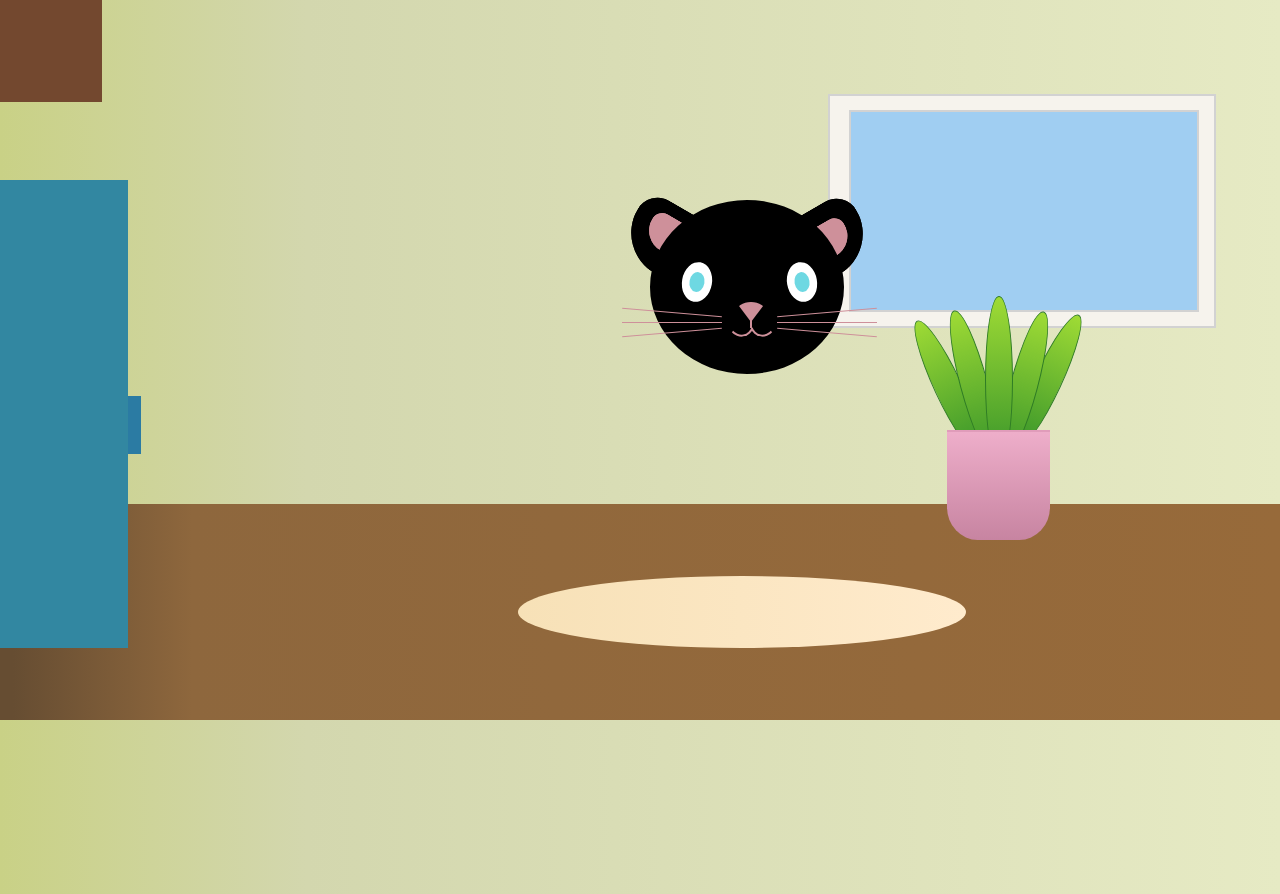
Repository: SandyLy453/COMP-2170-team-project
Page: index.html
These files come from the project's save history. The page is drawn as it stood at one moment and after a run of saves; the edit follows.
The browser window is 1280 px wide. The pictures show the whole page.

Above is the page before, as saved 2024-05-03 13:42:32.

### index.html
<!DOCTYPE html>
<html lang="en">
<head>
    <meta charset="UTF-8">
    <meta name="viewport" content="width=device-width, initial-scale=1.0">
    <title>Team Project: Doll Dress-Up Game</title>
    <link rel="stylesheet" href="styles.css" />
</head>
<body>
    <main class="main-area">
        <div class="background">
            <div class="floor"></div>
            <div class="closet">
                <div class="openner"></div>
            </div>
            <div class="carpet"></div>
            <div class="window">
                <div class="outside"></div>
            </div>
            <div class="plantPot">
                <div class="leaves">
                    <div class="plant"></div>
                    <div class="plant-left-one"></div>
                    <div class="plant-right-one"></div>
                    <div class="plant-left-two"></div>
                    <div class="plant-right-two"></div>
                </div>
                <div class="pot"></div>
            </div>
            <div class="picturesCombo">
                <div class="pictures-one">
                    <div class="pic-one"></div>
                </div>
                <div class="pictures-two">
                    <div class="pic-two"></div>
                </div>
                <div class="pictures-three">
                    <div class="pic-three"></div>
                </div>
                <div class="pictures-four">
                    <div class="pic-four"></div>
                </div>
                <div class="pictures-five">
                    <div class="pic-five"></div>
                </div>
                <div class="pictures-six">
                    <div class="pic-six"></div>
                </div>
            </div>
        </div>

        <div class="character">
            <div class="cat">
                <div class="cat-head">
                    <div class="ears">

                        <div class="left-ear">
                            <div class="left-inner-ear">
                            </div>
                        </div>

                        <div class="right-ear">
                            <div class="right-inner-ear">
                            </div>
                        </div>
                    </div>

                    <div class="cat-eyes">
                        <div class="left-eye">
                            <div class="left-inner-eye">
                            </div>
                        </div>
                        <div class="right-eye">
                            <div class="right-inner-eye">
                            </div>
                        </div>
                    </div>

                    <div class="cat-nose"></div>

                    <div class="cat-mouth">
                        <div class="middle-line"></div>
                        <div class="left-line"></div>
                        <div class="right-line"></div>
                    </div>

                    <div class="cat-whiskers-left">
                        <div class="whisker-left-top"></div>
                        <div class="whisker-left-middle"></div>
                        <div class="whisker-left-bottom"></div>
                    </div>
                    <div class="cat-whiskers-right">
                        <div class="whisker-right-top"></div>
                        <div class="whisker-right-middle"></div>
                        <div class="whisker-right-bottom"></div>
                    </div>
                </div>

                <div class="cat-body">
                    <div class="arm left-arm"></div>
                    <div class="arm right-arm"></div>
                    <div class="foot left-foot"></div>
                    <div class="foot right-arm"></div>
                </div>
            </div>
        </div>
    </main>
    <script src="script.js"></script>
</body>
</html>

### styles.css
body {
    margin: 0;
    width: 100vw;
    min-height: 100vh;
    background: linear-gradient(90deg, rgba(201,209,134,1) 0%, rgba(211,215,174,1) 24%, rgba(230,234,196,1) 100%);
}

/* Background styling */

.background {
    z-index: -10;
}

.floor {
    position: absolute;
    bottom: 0;
    width: 100vw;
    height: 30vh;
    background: linear-gradient(90deg, rgba(102,77,50,1) 1%, rgb(142, 103, 61) 15%, rgba(151,106,58,1) 100%);
    z-index: -2;
}

.closet {
    position: absolute;
    bottom: 10vh;
    left: 0;
    width: 10vw;
    height: 65vh;
    background-color: rgb(50, 135, 161);
}

.openner {
    position: relative;
    width: 1vw;
    height: 8vh;
    left: 10vw;
    bottom: -30vh;
    background-color: rgb(43, 123, 163);
}

.carpet {
    width: 35vw;
    height: 10vh;
    border-radius: 50%;
    background: linear-gradient(90deg, rgba(247,225,183,1) 0%, rgba(255,235,205,1) 100%);
    position: absolute;
    bottom: 10vh;
    right: 24.5vw;
}

.window {
    width: 30vw;
    height: 32vh;
    background-color: rgb(246, 243, 237);
    position: absolute;
    right: 5vw;
    top: 13vh;
    border: 2px solid rgb(210, 210, 210);
    z-index: -10;
}

.outside {
    width: 27vw;
    height: 27.5vh;
    background-color: rgb(160, 206, 242);
    position: relative;
    left: 1.5vw;
    top: 2vh;
    border: 2px solid rgb(210, 210, 210)
}

.plantPot {
    position: absolute;
    right: 18vw;
    bottom: 25vh;
}

.pot {
    width: 8vw;
    height: 15vh;
    background: linear-gradient(180deg, rgba(238,174,202,1) 0%, rgba(199,132,161,1) 100%);
    border-bottom-left-radius: 30%;
    border-bottom-right-radius: 30%;
    border-top: 2px solid rgb(224, 156, 186);
    z-index: 2;
}

.leaves {
    position: relative;
    top: 29rem;
    left: 0.45rem;
}

.plant {
    height: 23vh;
    width: 2vw;
    background: linear-gradient(0deg, rgba(55,148,42,1) 0%, rgba(159,219,53,1) 100%);
    z-index: -1;
    position: relative;
    top: 10.5rem;
    left: 30%;
    border-radius: 100%;
    border: 1px solid rgb(47, 124, 37);
}

.plant-left-one {
    height: 21vh;
    width: 2vw;
    background: linear-gradient(0deg, rgba(55,148,42,1) 0%, rgba(159,219,53,1) 100%);
    z-index: -2;
    position: relative;
    top: 0.75rem;
    left: 0.35rem;
    border-radius: 100%;
    border: 1px solid rgb(47, 124, 37);
    transform: rotate(-15deg);
}

.plant-right-one {
    height: 21vh;
    width: 2vw;
    background: linear-gradient(0deg, rgba(55,148,42,1) 0%, rgba(159,219,53,1) 100%);
    z-index: -3;
    position: relative;
    top: -8.75rem;
    left: 3.5rem;
    border-radius: 100%;
    border: 1px solid rgb(47, 124, 37);
    transform: rotate(15deg);
}

.plant-left-two {
    height: 20vh;
    width: 2vw;
    background: linear-gradient(0deg, rgba(55,148,42,1) 0%, rgba(159,219,53,1) 100%);
    z-index: -4;
    position: relative;
    top: -18rem;
    left: -1.25rem;
    border-radius: 100%;
    border: 1px solid rgb(47, 124, 37);
    transform: rotate(-25deg);
}

.plant-right-two {
    height: 20vh;
    width: 2vw;
    background: linear-gradient(0deg, rgba(55,148,42,1) 0%, rgba(159,219,53,1) 100%);
    z-index: -5;
    position: relative;
    top: -27.5rem;
    left: 5rem;
    border-radius: 100%;
    border: 1px solid rgb(47, 124, 37);
    transform: rotate(25deg);
}

.picturesCombo {
    position: absolute;
}

.pictures-one {
    position: relative;
    width: 8vw;
    height: 8vw;
    background-color: rgb(115, 72, 47);
}

.pictures-two {
    position: relative;
}

.pictures-three {
    position: relative;
}

.pictures-four {
    position: relative;
}

.pictures-five {
    position: relative;
}

.pictures-six {
    position: relative;
}



/* Cat styling */

.cat-head {
    position: absolute;
    right: 0;
    left: 650px;
    top: 200px;
    bottom: 0;
    background-color: black;
    width: 190px;
    height: 170px;
    border: 2px solid black;
    border-radius: 50%;
}

.left-ear {
    position: absolute;
    z-index: -1;
    top: 0;
    left: -25px;
    border-top-left-radius: 80px;
    border-top-right-radius: 40px;
    transform: rotate(-60deg);
    border-left: 35px solid black;
    border-right: 35px solid black;
    border-bottom: 70px solid black;
}

.right-ear {
    position: absolute;
    z-index: -1;
    top: 1px;
    left: 145px;
    border-top-left-radius: 40px;
    border-top-right-radius: 80px;
    transform: rotate(60deg);
    border-left: 35px solid black;
    border-right: 35px solid black;
    border-bottom: 70px solid black;
}

.left-inner-ear {
    position: absolute;
    top: 0;
    left: -30px;
    transform: scale(0.5);
    border-top-left-radius: 80px;
    border-top-right-radius: 40px;
    border-bottom-right-radius: 40%;
    border-bottom-left-radius: 40%;
    border-left: 35px solid rgb(206, 144, 154);
    border-right: 35px solid rgb(206, 144, 154);
    border-bottom: 70px solid rgb(206, 144, 154);
}

.right-inner-ear {
    position: absolute;
    top: 0px;
    left: -35px;
    transform: scale(0.5);
    border-top-left-radius: 40px;
    border-top-right-radius: 80px;
    border-bottom-right-radius: 40%;
    border-bottom-left-radius: 40%;
    border-left: 35px solid rgb(206, 144, 154);
    border-right: 35px solid rgb(206, 144, 154);
    border-bottom: 70px solid rgb(206, 144, 154);
}

.left-eye {
    position: absolute;
    top: 60px;
    left: 30px;
    border-radius: 60%;
    transform: rotate(10deg);
    width: 30px;
    height: 40px;
    background-color: white;
}

.right-eye {
    position: absolute;
    top: 60px;
    left: 135px;
    border-radius: 60%;
    transform: rotate(-10deg);
    width: 30px;
    height: 40px;
    background-color: white;
}

.left-inner-eye {
    position: absolute;
    top: 0px;
    left: 0px;
    border-radius: 60%;
    transform: scale(0.5);
    width: 30px;
    height: 40px;
    background-color: rgba(80, 208, 220, 0.831);
}

.right-inner-eye {
    position: absolute;
    top: 0px;
    left: 0px;
    border-radius: 60%;
    transform: scale(0.5);
    width: 30px;
    height: 40px;
    background-color: rgba(80, 208, 220, 0.831);
}

.cat-nose {
    position: absolute;
    top: 100px;
    left: 84px;
    border-top-left-radius: 50%;
    border-top-right-radius: 50%;
    border-bottom-right-radius: 50%;
    border-bottom-left-radius: 50%;
    transform: rotate(180deg);
    border-left: 15px solid transparent;
    border-right: 15px solid transparent;
    border-bottom: 20px solid rgb(206, 144, 154);
}

/* .cat-mouth div{
    position: absolute;
    top: 50px;
    width: 30px;
    height: 50px;
    border: 2px solid rgb(206, 144, 154);
    border-radius: 190%/190px;
    border-color: rgb(206, 144, 154) transparent transparent transparent;
} */

.left-line {
    position: absolute;
    top: 81px;
    left: 69.5px;
    width: 30px;
    height: 50px;
    border: 2px solid rgb(206, 144, 154);
    border-radius: 80%;
    transform: rotate(170deg);
    border-color: rgb(206, 144, 154) transparent transparent transparent;
}

.middle-line {
    position: absolute;
    top: 120px;
    left: 94px;
    width: 10px;
    height: 2px;
    background-color: rgb(206, 144, 154);
    transform: rotate(90deg);
}

.right-line {
    position: absolute;
    top: 81px;
    left: 95.5px;
    width: 30px;
    height: 50px;
    border: 2px solid rgb(206, 144, 154);
    border-radius: 80%;
    transform: rotate(190deg);
    border-color: rgb(206, 144, 154) transparent transparent transparent;
}

.whisker-left-top {
    position: absolute;
    top: 110px;
    left: -30px;
    transform: rotate(5deg);
    width: 100px;
    height: 1px;
    background-color: rgb(206, 144, 154);
}

.whisker-left-middle {
    position: absolute;
    top: 120px;
    left: -30px;
    transform: rotate(0deg);
    width: 100px;
    height: 1px;
    background-color: rgb(206, 144, 154);
}

.whisker-left-bottom {
    position: absolute;
    top: 130px;
    left: -30px;
    transform: rotate(-5deg);
    width: 100px;
    height: 1px;
    background-color: rgb(206, 144, 154);
}

.whisker-right-top {
    position: absolute;
    top: 110px;
    left: 125px;
    transform: rotate(-5deg);
    width: 100px;
    height: 1px;
    background-color: rgb(206, 144, 154);
}

.whisker-right-middle {
    position: absolute;
    top: 120px;
    left: 125px;
    transform: rotate(0deg);
    width: 100px;
    height: 1px;
    background-color: rgb(206, 144, 154);
}

.whisker-right-bottom {
    position: absolute;
    top: 130px;
    left: 125px;
    transform: rotate(5deg);
    width: 100px;
    height: 1px;
    background-color: rgb(206, 144, 154);
}

### script.js
const shirts = ["shirt1","shirt2","shirt3","shirt4", "shirt5"]

const bottoms = ["bottom1","bottom2","bottom3","bottom4", "bottom5"]

const accessories = ["acc1","acc2","acc3","acc4", "acc5"]

After the next 2 saves:
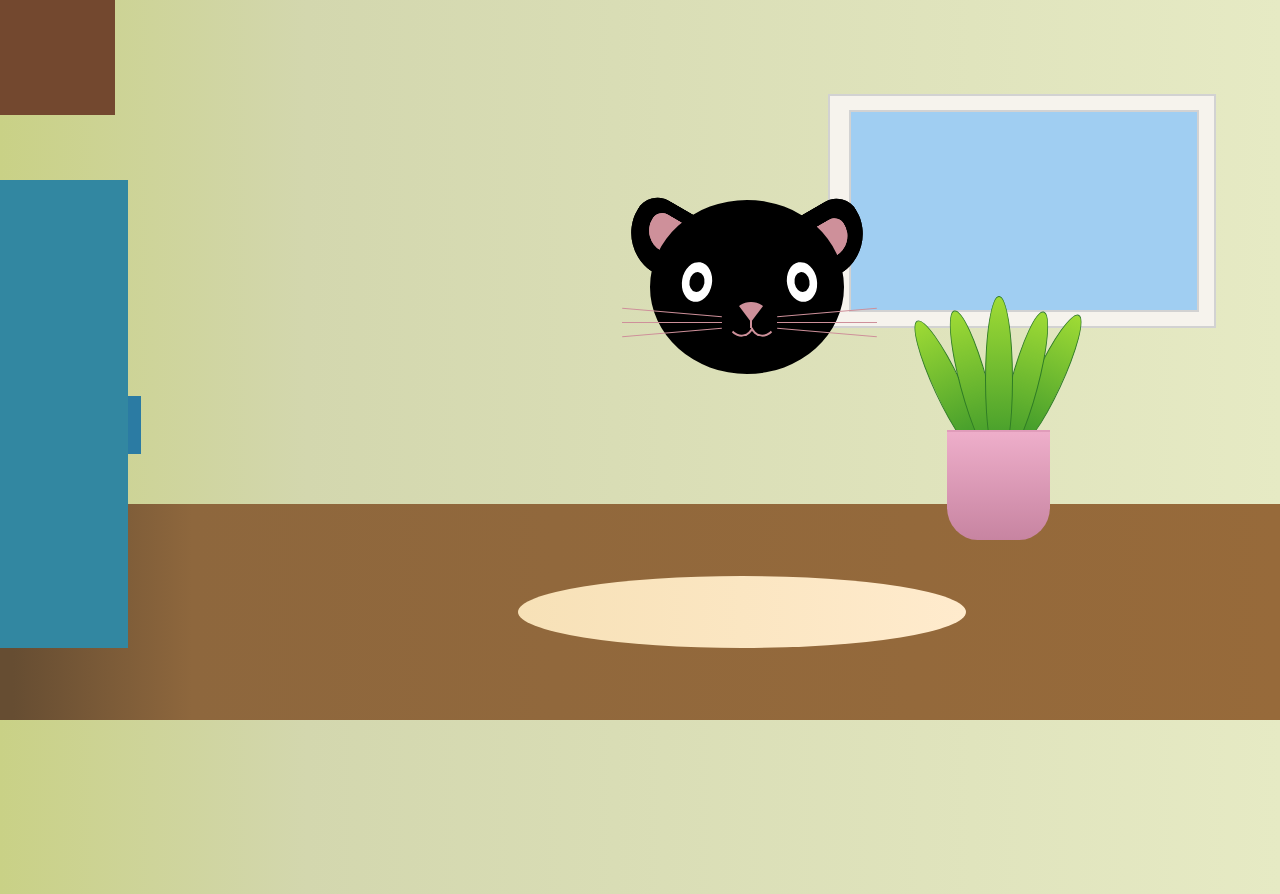
The 2 saves are shown as one change because they came seconds apart.
The last was saved 10 s later.
--- a/styles.css
+++ b/styles.css
@@ -161,8 +161,8 @@ body {
 
 .pictures-one {
     position: relative;
-    width: 8vw;
-    height: 8vw;
+    width: 9vw;
+    height: 9vw;
     background-color: rgb(115, 72, 47);
 }
 
@@ -287,7 +287,7 @@ body {
     transform: scale(0.5);
     width: 30px;
     height: 40px;
-    background-color: rgba(80, 208, 220, 0.831);
+    background-color: black;
 }
 
 .right-inner-eye {
@@ -298,7 +298,7 @@ body {
     transform: scale(0.5);
     width: 30px;
     height: 40px;
-    background-color: rgba(80, 208, 220, 0.831);
+    background-color: black;
 }
 
 .cat-nose {
